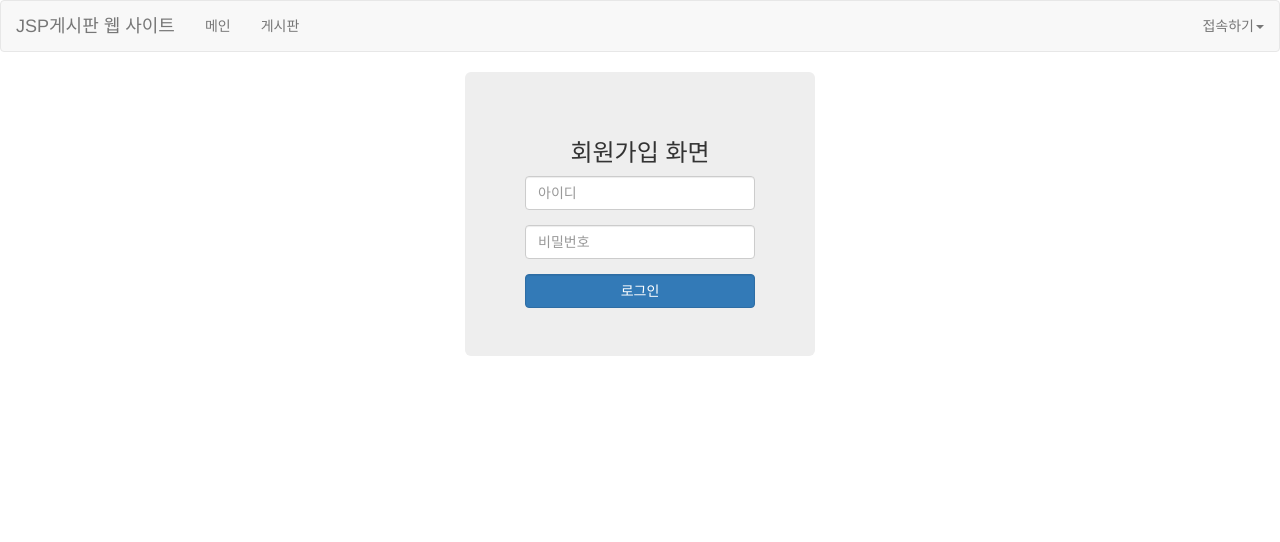
Repository: endol007/TripPuzzle
Page: http://localhost/BBS/join.jsp
These files come from the project's save history. The page is drawn as it stood at one moment and after the next save; the edit follows.
The browser window is 1280 px wide. The pictures show the whole page.
Some web libraries are served in a nearby version. The page is served by Tomcat 9. Other server files are loaded and not shown.

Above is the page before, as saved 2019-08-20 15:39:49.

### Yun/JSP 커뮤니티/Project/BBS/WebContent/join.jsp
<%@ page language="java"
contentType="text/html; charset=UTF-8" pageEncoding="UTF-8"%>
<!DOCTYPE html>
<html>
<head>
<meta charset="UTF-8">
<meta name="viewport" content="width=device-width", initial-scale="1">
<link rel="stylesheet" href="css/bootstrap.css">
<title>회원가입</title>
</head>
<body>
<nav class="navbar navbar-default">
<div class="navbar-header">
<button type="button" class="navbar-toggle collapsed"
data-toggle="collapse" data-target="#bs-example-navbar-collapse-1"
aria-expanded="false">
<span class="icon-bar"></span>
<span class="icon-bar"></span>
<span class="icon-bar"></span>
</button>
<a class="navbar-brand" href="main.jsp">JSP게시판 웹 사이트</a>
</div>
<div class="collapse navbar-collapse" id="bs-example-navbar-collapse-1">
<ul class="nav navbar-nav">
<li><a href="main.jsp">메인</a></li>
<li><a href="bbs.jsp">게시판</a></li>
</ul>
<ul class="nav navbar-nav navbar-right">
<li class="dropdown">
<a href="#" class="dropdown-toggle"
data-toggle="dropdown" role="button" aria-haspopup="true"
aria-expanded="false">접속하기<span class="caret"></span></a>
<ul class="dropdown-menu">
<li class="active"><a href="login.jsp">로그인</a></li>
<li><a href="join.jsp">회원가입</a></li>
</ul>
</li></ul>
</div>
</nav>
<div class="container">
<div class="col-lg-4"></div>
<div class="col-lg-4">
<div class="jumbotron" styles="padding-top:20px;">
<form method="post" action="loginAction.jsp">
<h3 style="text-align: center;">회원가입 화면</h3>
<div class="form-group">
<input type="text" class="form-control" placeholder="아이디" name="userID" maxlength="20">
</div>
<div class="form-group">
<input type="password" class="form-control" placeholder="비밀번호" name="userPassword" maxlength="20">
</div>
<input type="submit" class="btn btn-primary form-control" value="로그인">
</form>
</div>
</div>
</div>
<script src="http://code.jquery.com/jquery-3.1.1.min.js"></script>
<script src=js/bootstrap.js></script>

</body>
</html>

Loaded but not shown: Yun/JSP 커뮤니티/Project/BBS/WebContent/css/bootstrap.css (library); Yun/JSP 커뮤니티/Project/BBS/WebContent/js/bootstrap.js (library)

After the next save:
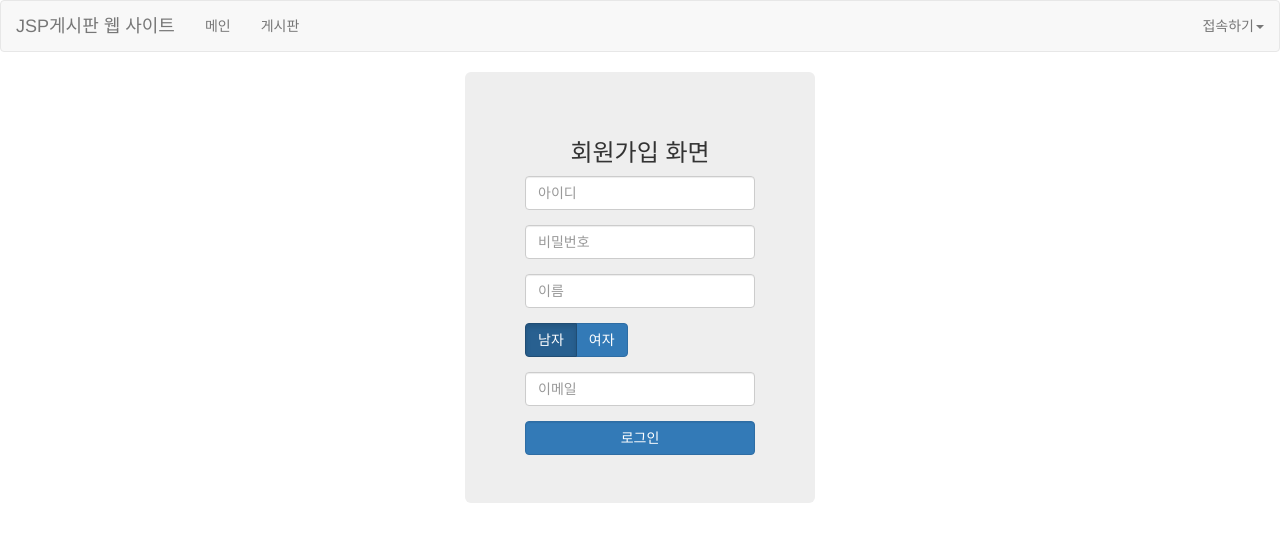
Saved 9 min 57 s later.
--- a/Yun/JSP 커뮤니티/Project/BBS/WebContent/join.jsp
+++ b/Yun/JSP 커뮤니티/Project/BBS/WebContent/join.jsp
@@ -41,13 +41,29 @@
 <div class="col-lg-4"></div>
 <div class="col-lg-4">
 <div class="jumbotron" styles="padding-top:20px;">
-<form method="post" action="loginAction.jsp">
+<form method="post" action="joinAction.jsp">
 <h3 style="text-align: center;">회원가입 화면</h3>
 <div class="form-group">
 <input type="text" class="form-control" placeholder="아이디" name="userID" maxlength="20">
 </div>
 <div class="form-group">
 <input type="password" class="form-control" placeholder="비밀번호" name="userPassword" maxlength="20">
+</div>
+<div class="form-group">
+<input type="text" class="form-control" placeholder="이름" name="userName" maxlength="20">
+</div>
+<div class="form-group" style="text-dlign: center;">
+<div class="btn-group" data-toggle="buttons">
+<label class="btn btn-primary active">
+<input type ="radio" name="userGender" autocomplete="off" value="남자" checked>남자
+</label>
+<label class="btn btn-primary ">
+<input type ="radio" name="userGender" autocomplete="off" value="여자" checked>여자
+</label>
+</div>
+</div>
+<div class="form-group">
+<input type="email" class="form-control" placeholder="이메일" name="userEmail" maxlength="20">
 </div>
 <input type="submit" class="btn btn-primary form-control" value="로그인">
 </form>
